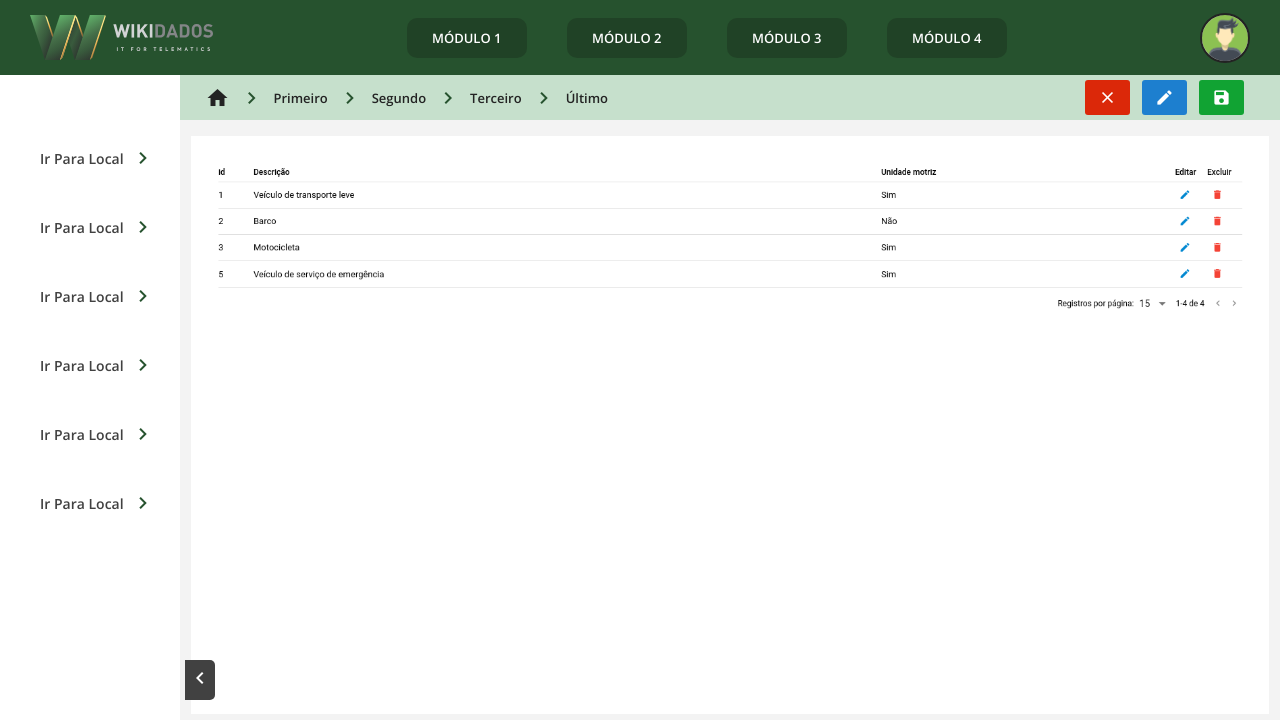
Repository: AlexDjon/alexdjon.github.io
Page: wiki-relayout/index.html
These files come from the project's save history. The page is drawn as it stood at one moment and after the next save; the edit follows.
The browser window is 1280 px wide. The pictures show the whole page.

Above is the page before, as saved 2020-08-12 17:07:31.

### wiki-relayout/index.html
<!DOCTYPE html>
<html lang="pt-br">

<head>
  <meta charset="UTF-8">
  <meta name="viewport" content="width=device-width, initial-scale=1.0">
  <title>Wiki - Relayout</title>

  <link rel="shotcut icon" href="https://wikidados.com.br/assets/wiki/img/logos/favicon.ico">
  <link href="https://fonts.googleapis.com/icon?family=Material+Icons" rel="stylesheet">
  <link href="https://fonts.googleapis.com/css2?family=Open+Sans:wght@400;600;700&display=swap" rel="stylesheet">
  <link rel="stylesheet" href="css/styles.css">
</head>

<body>
  <header class="cabecalho">
    <img src="img/logo.svg" alt="Logo Wiki" class="logo">

    <div class="modulos">
      <button>Módulo 1</button>
      <button>Módulo 2</button>
      <button>Módulo 3</button>
      <button>Módulo 4</button>
    </div>

    <button class="user">
    </button>
  </header>

  <aside class="areas">
    <ul>
      <li><i class="material-icons">donut_large</i> Editar perfil</li>
      <li><i class="material-icons">grade</i> Favoritos</li>
      <li><i class="material-icons">history</i> Histórico</li>
      <li><i class="material-icons">power_settings_new</i> Sair</li>
    </ul>
  </aside>

  <main class="conteudo">
    <nav class="navbar">
      <ul class="menu">
        <li>Ir para local <i class="material-icons">chevron_right</i></li>
        <li>Ir para local <i class="material-icons">chevron_right</i></li>
        <li>Ir para local <i class="material-icons">chevron_right</i></li>
        <li>Ir para local <i class="material-icons">chevron_right</i></li>
        <li>Ir para local <i class="material-icons">chevron_right</i></li>
        <li>Ir para local <i class="material-icons">chevron_right</i></li>
      </ul>

      <button class="close">
        <i class="material-icons">chevron_left</i>
      </button>
    </nav>

    <div class="meio">
      <div class="barra">
        <ul class="caminho">
          <li>
            <i class="material-icons">home</i>
          </li>
          <li id="separator">
            <i class="material-icons">chevron_right</i>
          </li>
          <li>
            Primeiro
          </li>
          <li id="separator">
            <i class="material-icons">chevron_right</i>
          </li>
          <li>
            Segundo
          </li>
          <li id="separator">
            <i class="material-icons">chevron_right</i>
          </li>
          <li>
            Terceiro
          </li>
          <li id="separator">
            <i class="material-icons">chevron_right</i>
          </li>
          <li>
            Último
          </li>
        </ul>

        <div class="list-buttons">
          <button>
            <i class="material-icons">close</i>
          </button>
          <button>
            <i class="material-icons">edit</i>
          </button>
          <button>
            <i class="material-icons">save</i>
          </button>
        </div>
      </div>

      <div class="viewer">
        <img src="img/tabela-exemplo.png" alt="Tabela">
      </div>
    </div>

  </main>

  <script src="js/scripts.js"></script>
</body>

</html>

### wiki-relayout/css/styles.css
* {
  padding: 0;
  margin: 0;
  font-weight: 100%;
  font-family: 'Open Sans', sans-serif;
  border: 0;
  outline: 0;
  box-sizing: border-box;
}

body {
  background: #f3f3f3;
}

:root {
  --verdeW: #26522e;
  --verdeW2: #204226;
  --verdeW-semi: #c6e0cc;
  --verde: #32a852;
  --black: #232323;
  --black2: #414141;
  --white: #ffffff;
  --grey: #3b3b3b;
  --shadow: -4px 4px 8px 0px rgba(10, 10, 10, 0.27);
  --cabecalhoY: 75px;
  --barrY: 45px;
}

/* CABECALHO */
.cabecalho {
  width: 100%;
  height: var(--cabecalhoY);
  background: var(--verdeW);
  padding: 10px 30px;
  display: flex;
  justify-content: space-between;
  align-items: center;
}

.cabecalho .logo {
  height: 45px;
  filter: drop-shadow(100%);
}

.cabecalho .modulos {
  display: flex;
}
.cabecalho .modulos button {
  margin: 0 20px;
  width: 120px;
  height: 40px;
  border-radius: 10px;
  background-color: var(--verdeW2);
  color: var(--white);
  font-size: 13px;
  text-transform: uppercase;
  font-weight: 600;
  cursor: pointer;
  transition: filter 0.3s;
}
.cabecalho .modulos button:hover {
  filter: brightness(90%);
}
.cabecalho .user {
  height: 50px;
  width: 50px;
  border-radius: 50%;
  border: solid 2px var(--black);

  background-image: url(../img/avatar1.png);
  background-size: cover;
  background-position: center center;

  cursor: pointer;
}

/* AREAS */
.areas {
  display: none;
  min-width: 180px;
  position: absolute;
  top: var(--cabecalhoY);
  right: 0;
  background-color: var(--white);
  box-shadow: var(--shadow);
}
.areas.ativo {
  display: block;
}
.areas ul {
  list-style: none;
  padding: 10px 20px 10px 40px;
}
.areas ul li {
  margin: 17px 0;
  font-size: 15px;
  color: var(--black2);

  display: flex;
  justify-content: flex-start;
  align-items: center;
  transition: color 0.3s;
  cursor: pointer;
}
.areas ul li:hover {
  color: var(--black);
}
.areas ul li i {
  margin-right: 8px;
  font-size: 17px;
  color: var(--verdeW);
}


/* NAVBAR */
.navbar {
  width: 210px;
  height: calc(100vh - var(--cabecalhoY));
  background: var(--white);
  /* border-bottom: solid 20px var(--verdeW); */
}
.navbar.ativo {
  width: 0;
}
.navbar .menu {
  padding: 50px 0 50px 30px;
  display: flex;
  flex-direction: column;
  justify-content: flex-start;
  align-items: flex-start;
  list-style: none;
}
.navbar .menu li {
  margin: 14px 0;
  text-transform: capitalize;
  font-weight: 600;
  color: var(--black2);
  font-size: 14px;
  padding: 7px 3px 10px 10px;
  /* border-bottom: solid 1px var(--white);
  border-radius: 0 0 5px 0; */

  display: flex;
  justify-content: space-between;
  align-items: center;

  cursor: pointer;
}
.navbar .menu li i {
  margin-left: 7px;
  color: var(--black2);
}
.navbar .menu li i {
  color: var(--verdeW);
}
.navbar .close {
  position: absolute;
  bottom: 20px;
  width: 30px;
  border-radius: 0 5px 5px 0;
  height: 40px;
  background: var(--black2);
  left: 184.92px;
  margin: 0;
  cursor: pointer;
  transition: filter 0.3s;
}
.navbar .close:hover {
  filter: brightness(110%);
}
.navbar .close i {
  color: var(--white);
}


/* CONTEUDO */
.conteudo {
  width: 100%;
  height: calc(100vh - var(--cabecalhoY));

  display: flex;
}

.meio {
  width: 100%;
  display: flex;
  flex-direction: column;
}

.meio .barra {
  width: 100%;
  height: var(--barrY);
  padding: 0 20px;
  margin-bottom: 10px;
  background-color: var(--verdeW-semi);
  display: flex;
  justify-content: space-between;
  align-items: center;
}
/*
.meio .barra div#separator span i {
  margin: 0 5px;
  color: var(--verdeW);
} */
.meio .barra .caminho {
  height: var(--barrY);
  display: flex;
  align-items: center;
  list-style: none;
}
.meio .barra .caminho li {
  height: var(--barrY);
  margin: 0 5px;
  font-size: 13px;
  font-weight: 600;
  color: var(--black);
  display: flex;
  align-items: center;
}
.meio .barra .caminho li:not(#separator) {
  cursor: pointer;
}

.meio .barra .caminho li#separator {
  color: var(--verdeW);
}

.list-buttons {
  margin: 0 10px;
  display: flex;
}
.list-buttons button {
  height: 35px;
  width: 45px;
  margin: 0 6px 0 6px;
  border-radius: 3px;
  display: flex;
  justify-content: center;
  align-items: center;
  /* border: solid 1px var(--white); */
  background: var(--verdeW2);
  cursor: pointer;
}
.list-buttons button i {
  font-size: 19px;
  color: var(--white);
}
.list-buttons button:nth-child(1) {
  background: #db2809;
}
.list-buttons button:nth-child(2) {
  background: #1d7fcf;
}
.list-buttons button:nth-child(3) {
  background: #11a333;
}

/* VIEWER */
.viewer {
  width: 98%;
  margin: 6px 1%;
  padding: 20px;
  height: calc(100vh - calc(var(--cabecalhoY) + var(--barrY)) - 12px);
  background-color: var(--white);
  display: flex;
  justify-content: center;
  align-items: flex-start;
}

.viewer img {
  width: 100%;
}

### wiki-relayout/js/scripts.js
function getItem (info) {
  return document.querySelector(info)
}

getItem('.user').addEventListener('click', () => {
  getItem('.areas').classList.toggle('ativo')
})

getItem('.navbar .close').addEventListener('click', function () {

  getItem('.navbar').classList.toggle('ativo')

  const thisIcon = (context, value, action = 'get') => {
    if (action == 'get') {
      return context.firstElementChild
    }
    else if (action == 'change') {
      context.firstElementChild.textContent = value
    }
  }

  const icon = thisIcon(this).textContent

  if (icon === 'chevron_left') {
    this.style.left = '0px'
    thisIcon(this, 'chevron_right', 'change')
  }
  else {
    this.style.left = '184.92px'
    thisIcon(this, 'chevron_left', 'change')
  }
})

After the next save:
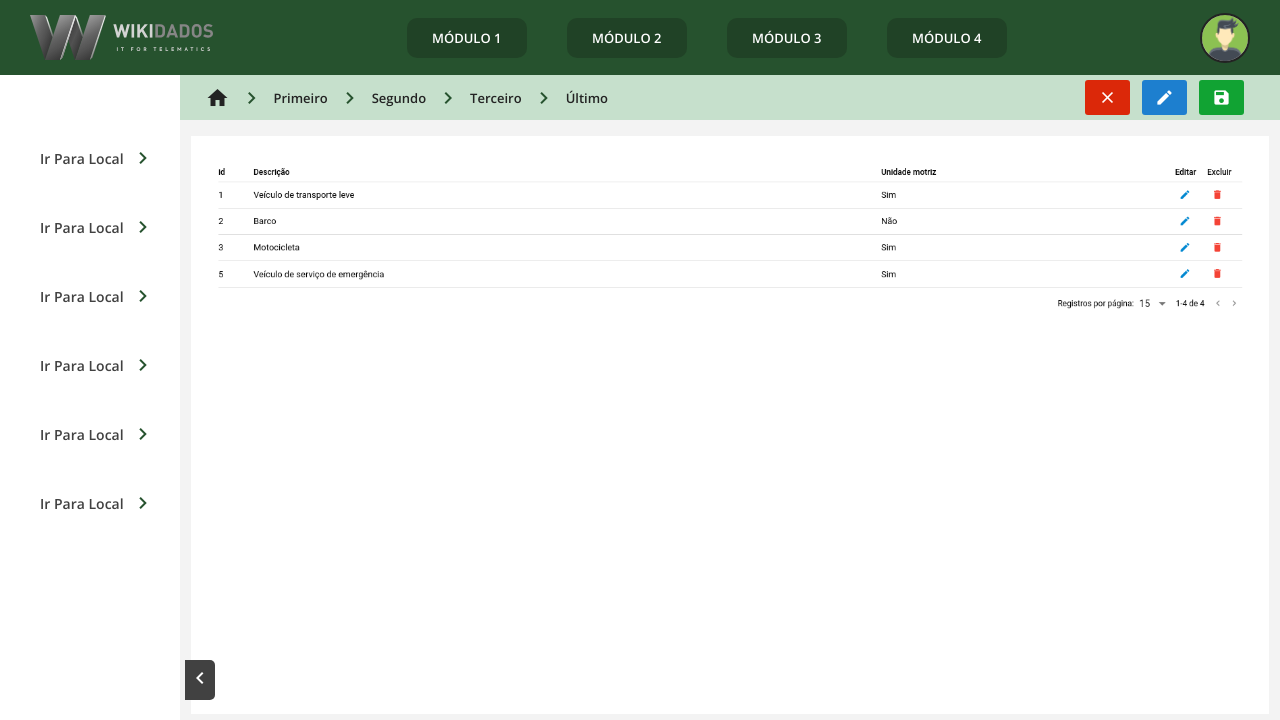
Saved 43 s later.
--- a/wiki-relayout/css/styles.css
+++ b/wiki-relayout/css/styles.css
@@ -39,7 +39,7 @@ body {
 
 .cabecalho .logo {
   height: 45px;
-  filter: drop-shadow(100%);
+  filter: saturate(0%);
 }
 
 .cabecalho .modulos {
